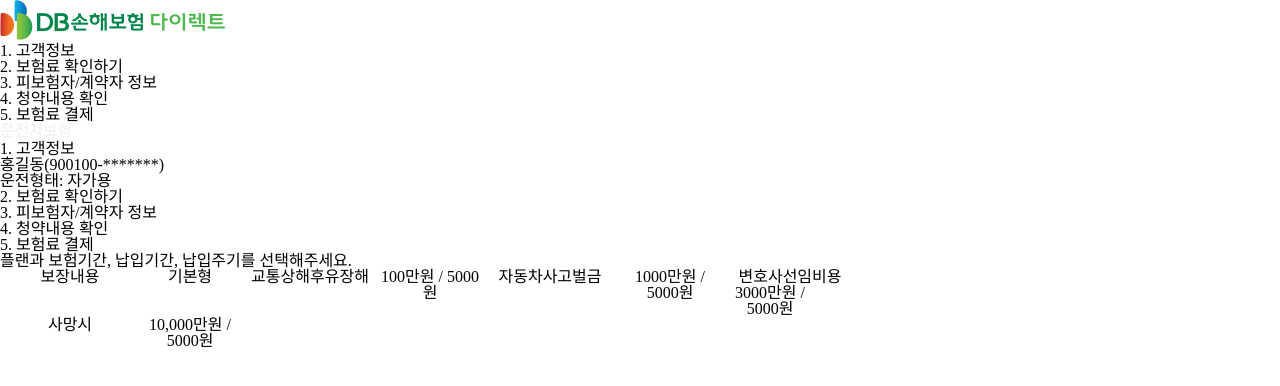
Repository: minho0324/directInsurance
Page: http://localhost/directClone/direct/details
The author's editor kept a copy of each file at every save. The page is drawn from the files as they stood at one save, then again after the next save.
The browser window is 1280 px wide. The pictures show the whole page.
The page is served by Tomcat 9. Other server files are loaded and not shown.

Above is the page before, as saved 2021-11-18 01:35:25.

### directClone/src/main/webapp/WEB-INF/views/details.jsp
<%@ page language="java" contentType="text/html; charset=UTF-8"
    pageEncoding="UTF-8"%>
<!DOCTYPE html>
<html>
<head>
<meta charset="UTF-8">
<title>details</title>
</head>
<script src="http://code.jquery.com/jquery-latest.js"></script>
<style>

	html, body, div, span, applet, object, iframe,
	h1, h2, h3, h4, h5, h6, p, blockquote, pre,
	a, abbr, acronym, address, big, cite, code,
	del, dfn, em, img, ins, kbd, q, s, samp,
	small, strike, strong, sub, sup, tt, var,
	b, u, i, center,
	dl, dt, dd, ol, ul, li,
	fieldset, form, label, legend,
	table, caption, tbody, tfoot, thead, tr, th, td,
	article, aside, canvas, details, embed,
	figure, figcaption, footer, header, hgroup,
	menu, nav, output, ruby, section, summary,
	time, mark, audio, video {
		margin: 0;
		padding: 0;
		border: 0;
		font-size: 100%;
		font: inherit;
		vertical-align: baseline;
	}
	/* HTML5 display-role reset for older browsers */
	article, aside, details, figcaption, figure,
	footer, header, hgroup, menu, nav, section {
		display: block;
	}
	body {
		line-height: 1;
	}
	ol, ul {
		list-style: none;
	}
	blockquote, q {
		quotes: none;
	}
	blockquote:before, blockquote:after,
	q:before, q:after {
		content: '';
		content: none;
	}
	/* 공통옵션 */
	ul li {list-style:none; }
	.fl {float:left; }
	.tc {text-align:center; }

	/* 게시판 목록 */
	.board {width: 950px; }
	.w70 {width:70px; }
	.w500 {width:500px; }
	.w140 {width:140px; }
	.w100 {width:100px; }



</style>
<body>

	<div class="wrap_sub" id="wrap">
		<!-- 헤더 -->
		<div id="header">
			<h1>
				<a href="index.jsp">
					<img src="../resources/img/logo02.png">
				</a>
			</h1>
		</div>
		<!-- 진행 바 -->
		<div class="wrap_calc_process">
			<ol class="calc_preocess clfix">
				<li>
					<strong>1. 고객정보</strong>
				</li>
				<li>
					<strong>2. 보험료 확인하기</strong>
				</li>
				<li>
					<strong>3. 피보험자/계약자 정보</strong>
				</li>
				<li>
					<strong>4. 청약내용 확인</strong>
				</li>
				<li>
					<strong>5. 보험료 결제</strong>
				</li>
			</ol>
		</div>
		<!-- 진행바 끝 -->
		<a href="<c:url value='/direct/index.jsp' />" class="btn_close"></a>
		<!-- 헤더 끝 -->

		<!-- 컨테이너 본문 시작 -->
		<div id="container" class="clfix">
			<!-- 왼쪽 바 -->
			<div id="lbn">
				<h2>
					<img alt="" src="../resources/img/txt_left_h2.png">
				</h2>
				<ol class="process_step">
					<li>
						<p class="step_tt1">1. 고객정보</p>
						<ul>
							<li>홍길동(900100-*******)</li>
						</ul>
						<ul>
							<li>운전형태: 자가용</li>
						</ul>
					</li>
					<li>
						<p class="step_tt1">2. 보험료 확인하기</p>
					</li>
					<li>
						<p class="step_tt1">3. 피보험자/계약자 정보</p>
					</li>
					<li>
						<p class="step_tt1">4. 청약내용 확인</p>
					</li>
					<li>
						<p class="step_tt1">5. 보험료 결제</p>
					</li>
				</ol>
			</div>
			<div id="contents">
				<h1>플랜과 보험기간, 납입기간, 납입주기를 선택해주세요.</h1>
					<ul class="board">
						<li class="fl tc w140 title t_line">보장내용</li>
						<li class="fl tc w100 title t_line">기본형</li>
					</ul>
					<ul class="board">
						<li class="fl tc w140 list t_line li_line">교통상해후유장해</li>
						<li class="fl tc w100 list t_line li_line">100만원 / 5000원</li>
					</ul>
					<ul class="board">
						<li class="fl tc w140 list t_line li_line">자동차사고벌금</li>
						<li class="fl tc w100 list t_line li_line">1000만원 / 5000원</li>
					</ul>
					<ul class="board">
						<li class="fl tc w140 list t_line li_line">변호사선임비용</li>
						<li class="fl tc w100 list t_line li_line">3000만원 / 5000원</li>
					</ul>
					<ul class="board">
						<li class="fl tc w140 list t_line li_line">사망시</li>
						<li class="fl tc w100 list t_line li_line">10,000만원 / 5000원</li>
					</ul>

			</div>
		</div>
		<!-- 컨테이너 끝 -->

		<!-- 사이드바 시작 -->
		<div id="wrap_quick_v2">

		</div>
		<!-- 사이드바 끝 -->
	</div>



</body>
</html>

After the next save:
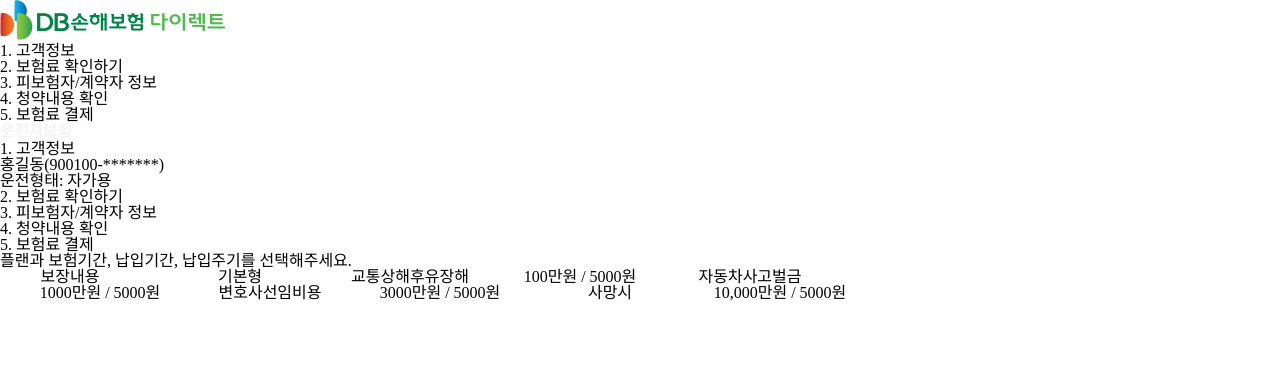
Saved 32 s later.
--- a/directClone/src/main/webapp/WEB-INF/views/details.jsp
+++ b/directClone/src/main/webapp/WEB-INF/views/details.jsp
@@ -58,7 +58,7 @@
 	.w70 {width:70px; }
 	.w500 {width:500px; }
 	.w140 {width:140px; }
-	.w100 {width:100px; }
+	.w100 {width:200px; }
 
 
 
